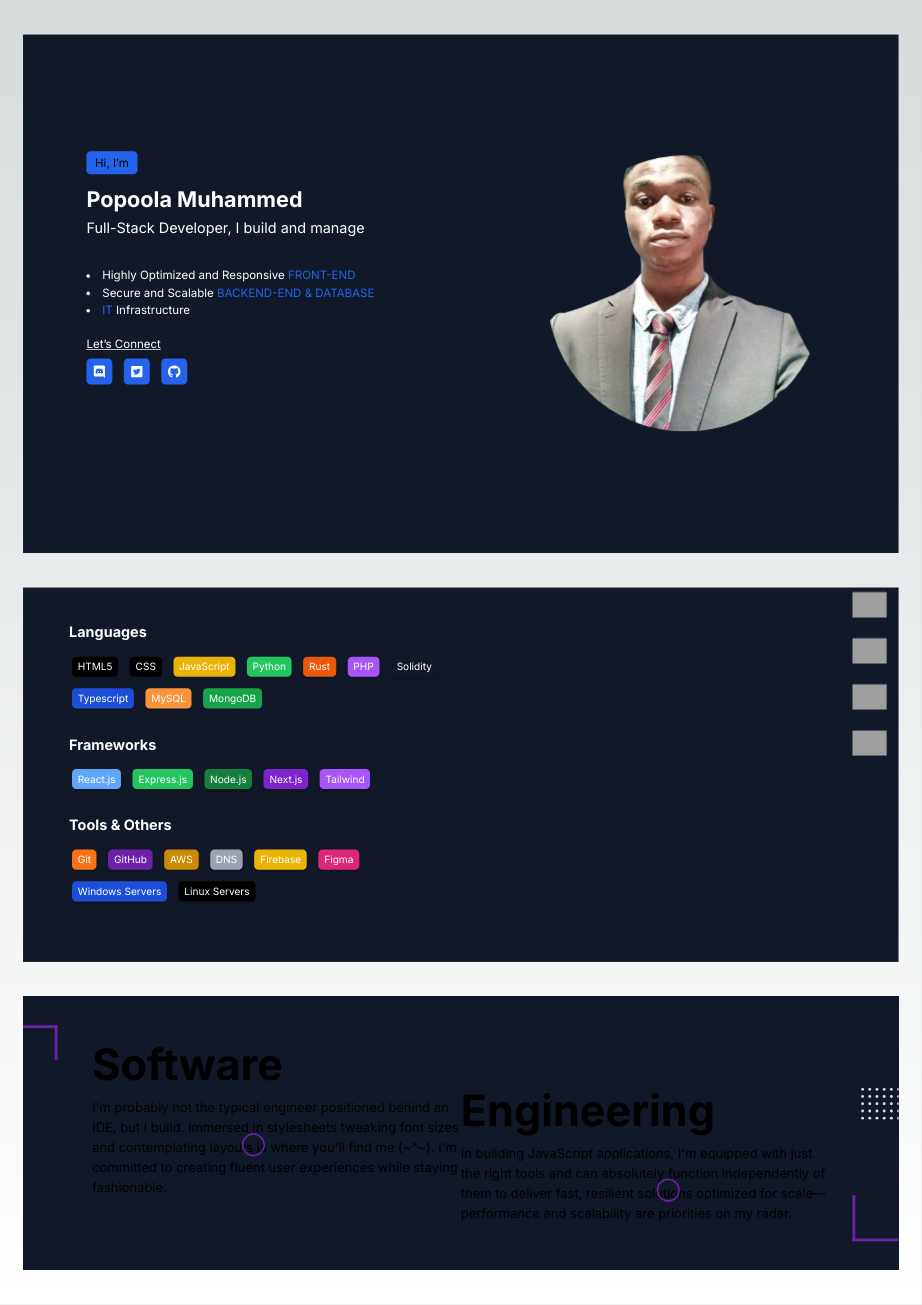
Repository: muhammedctgr/hammedctgr
Page: /
The author's editor kept a copy of each file at every save. The page is drawn from the files as they stood at one save, then again after a run of saves.
The browser window is 1280 px wide. The pictures show the whole page, at 72% of full size.
Pictures or frames that could not be fetched are drawn as grey boxes. The project was rebuilt for these pictures with package versions that can differ from the ones it lists, and the page was loaded fresh each time. The framework's server and built-in components were replaced by stand-ins that run in the browser. Also part of the build but not shown: next.config.mjs.

Above is the page before, as saved 2024-08-03 08:25:11.

After the next 2 saves:
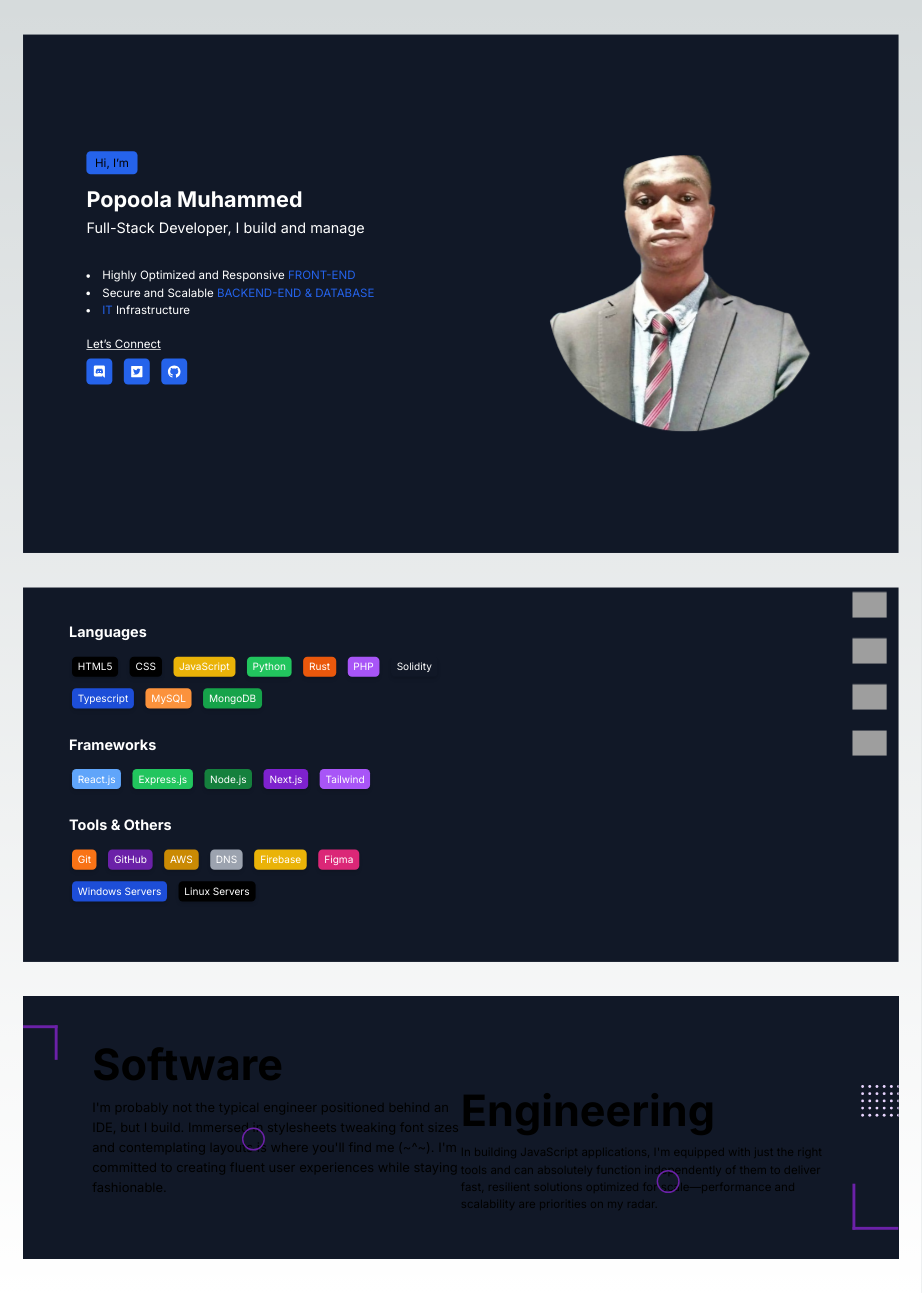
The 2 saves are shown as one change because they came seconds apart.
The last was saved 43 s later.
--- a/components/SummarySection.tsx
+++ b/components/SummarySection.tsx
@@ -16,7 +16,7 @@ const SummarySection: FC = () => {
           <div className="mb-4 flex items-center">
             <span className="text-6xl font-bold">Engineering</span>
           </div>
-          <p className="text-lg">
+          <p className="text-2">
             In building JavaScript applications, I'm equipped with just the right tools and can absolutely function independently of them to deliver fast, resilient solutions optimized for scale—performance and scalability are priorities on my radar.
           </p>
         </div>
